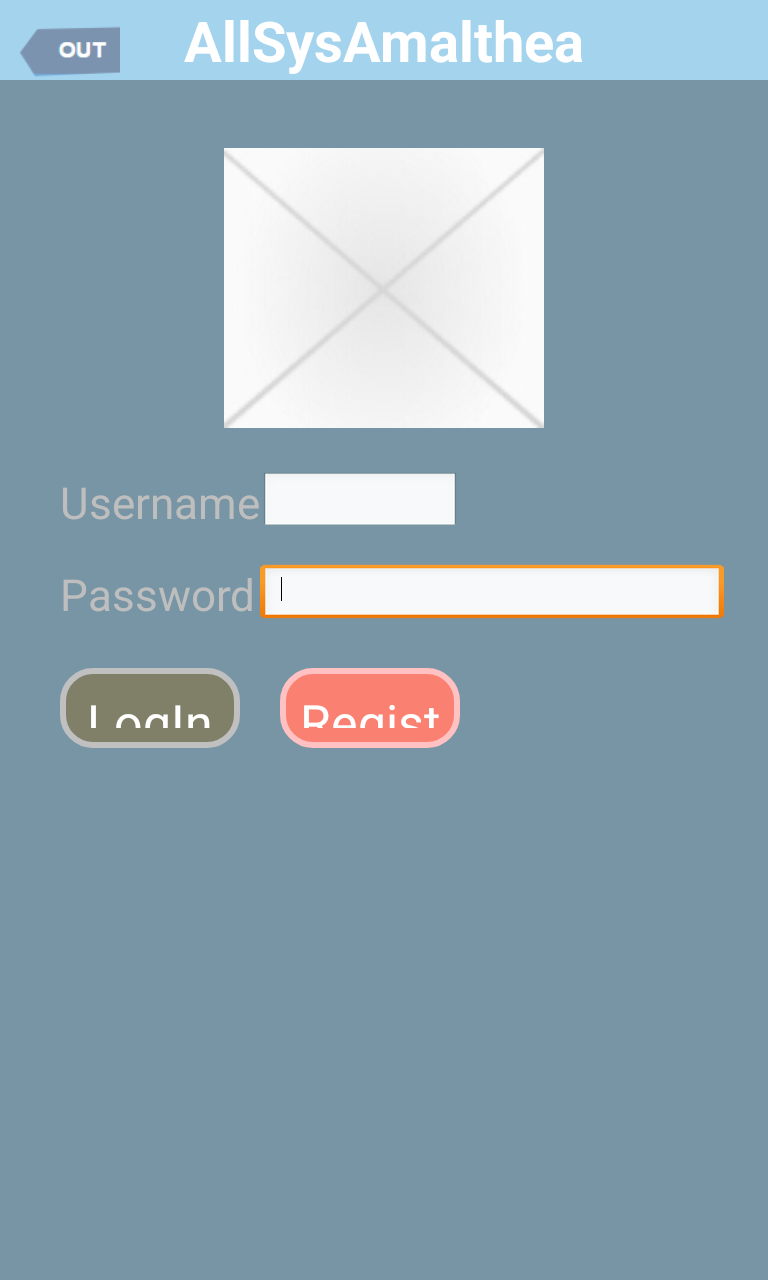
Repository: AllSysAmalthea/AllSys
Layout: APP/AppUI code/代码/Allsys/res/layout/activity_log_in.xml
The author's editor kept a copy of each file at every save. The layout is drawn from the files as they stood at one save, then again after the next save.
It is drawn on a 768 x 1280 px phone screen (xhdpi) without system bars, with theme android:Theme.NoTitleBar; the app's code is not run.

Above is the layout before, as saved 2015-06-08 02:31:27.

After the next save:
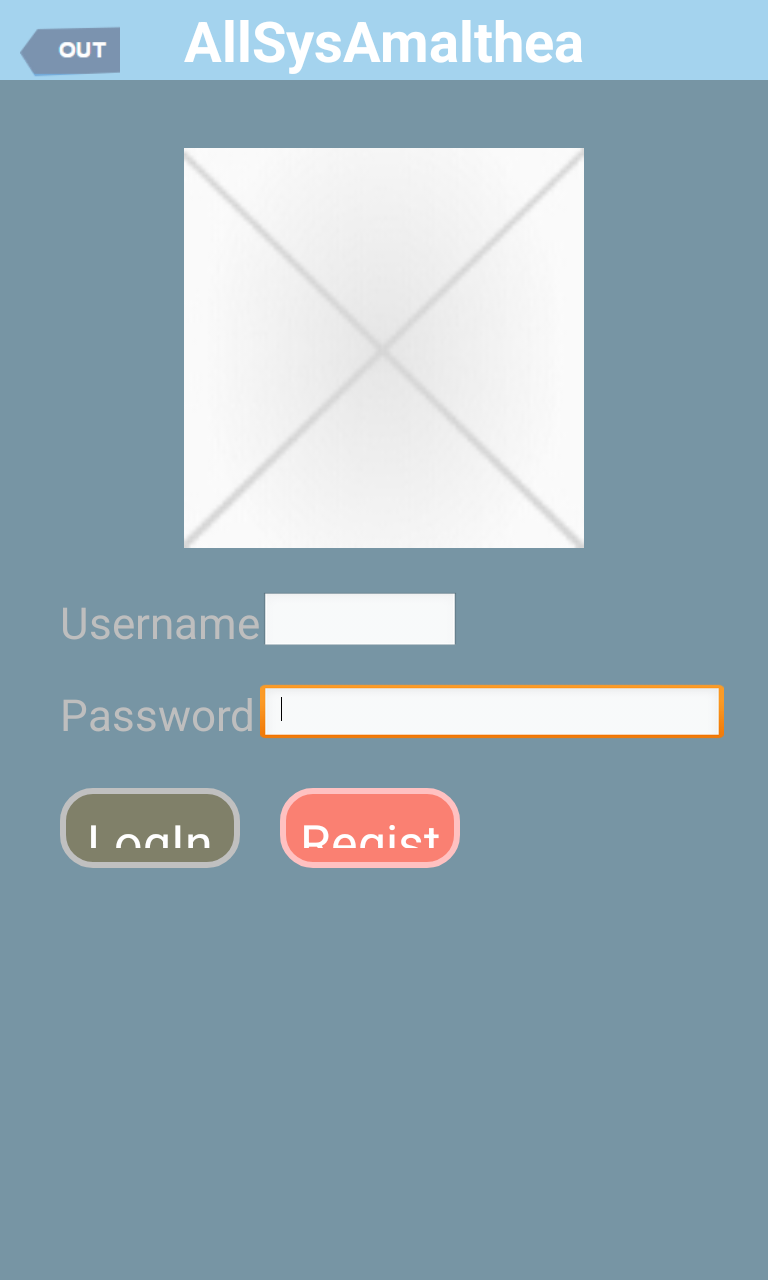
Saved 84 s later.
--- a/APP/AppUI code/代码/Allsys/res/layout/activity_log_in.xml
+++ b/APP/AppUI code/代码/Allsys/res/layout/activity_log_in.xml
@@ -109,8 +109,8 @@
 
     <ImageView
         android:id="@+id/myImageView1"
-        android:layout_width="320px"
-        android:layout_height="280px"
+        android:layout_width="400px"
+        android:layout_height="400px"
         android:layout_below="@+id/linearLayout1"
         android:layout_centerHorizontal="true"
         android:layout_marginTop="30dp"
